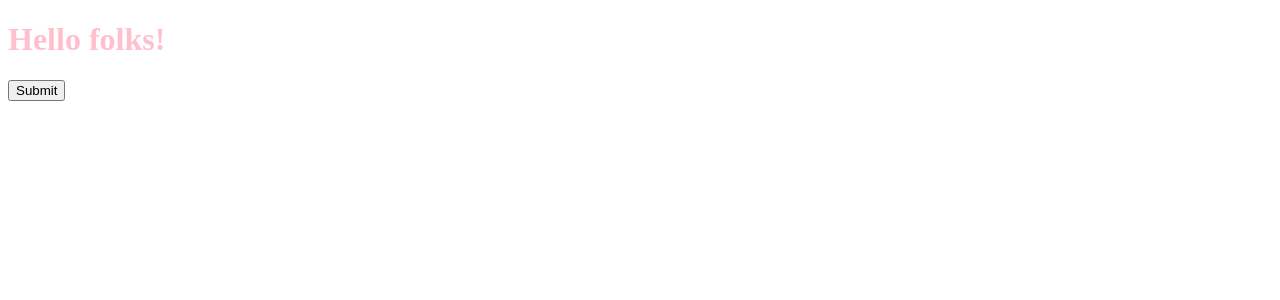
Repository: aakriti-tech/GlobalLogic
Page: Akki/WebContent/index.html
An editor plug-in stored every save of this project. The page is shown before and after the next save, followed by the edit.
The browser window is 1280 px wide. The pictures show the whole page.

Above is the page before, as saved 2022-08-01 05:35:29.

### Akki/WebContent/index.html
<!DOCTYPE html>
<html>
<head>
<meta charset="ISO-8859-1">
<title>First Web App</title>
</head>
<body>

<h1 style="color: pink">Hello folks!</h1>
<button>Submit</button>

</body>
</html>

After the next save:
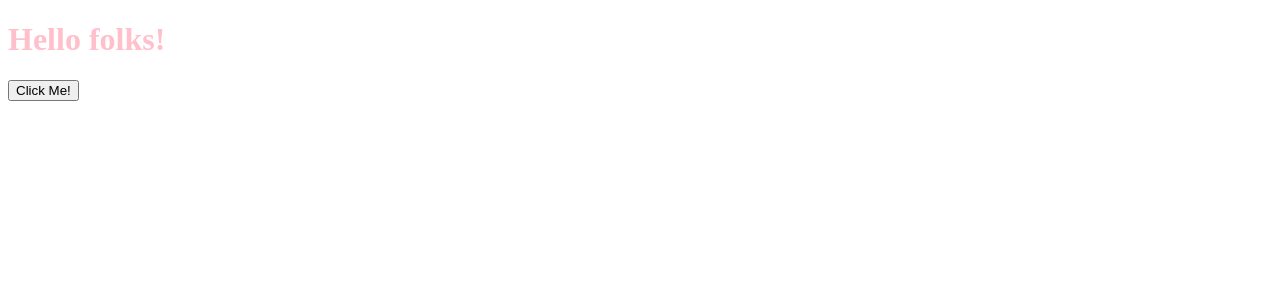
Saved 52 s later.
--- a/Akki/WebContent/index.html
+++ b/Akki/WebContent/index.html
@@ -7,7 +7,7 @@
 <body>
 
 <h1 style="color: pink">Hello folks!</h1>
-<button>Submit</button>
+<button type="button">Click Me!</button>
 
 </body>
 </html>
